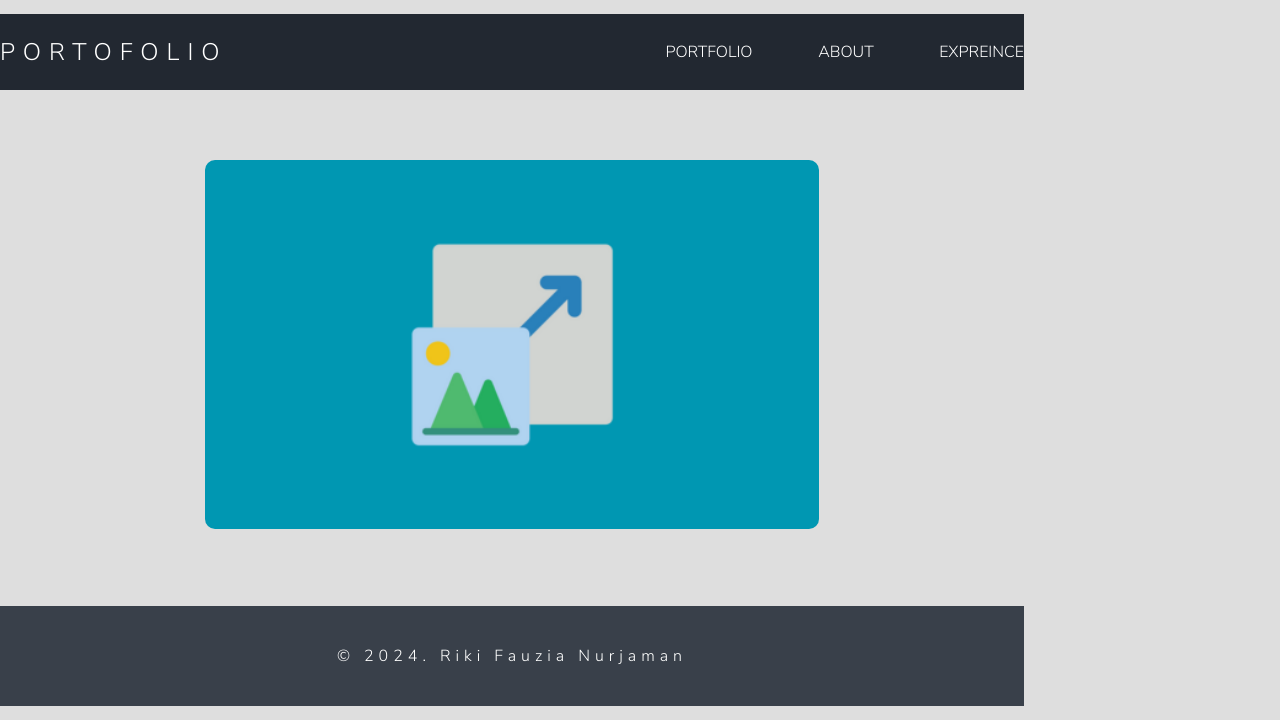
Repository: sellayspy/Portofolio
Page: /portfolio/1
The author's editor kept a copy of each file at every save. The page is drawn from the files as they stood at one save, then again after the next save.
The browser window is 1280 px wide. The pictures show the whole page.
The project was rebuilt for these pictures with package versions that can differ from the ones it lists, and the page was loaded fresh each time. Also part of the build but not shown: vite.config.js, src/styles/About.css, src/components/About.jsx, src/styles/Header.css, src/components/Header.jsx, src/styles/Portfolio.css, src/components/Portfolio.jsx, src/pages/Home.jsx.

Above is the page before, as saved 2024-09-13 21:52:51.

After the next save:
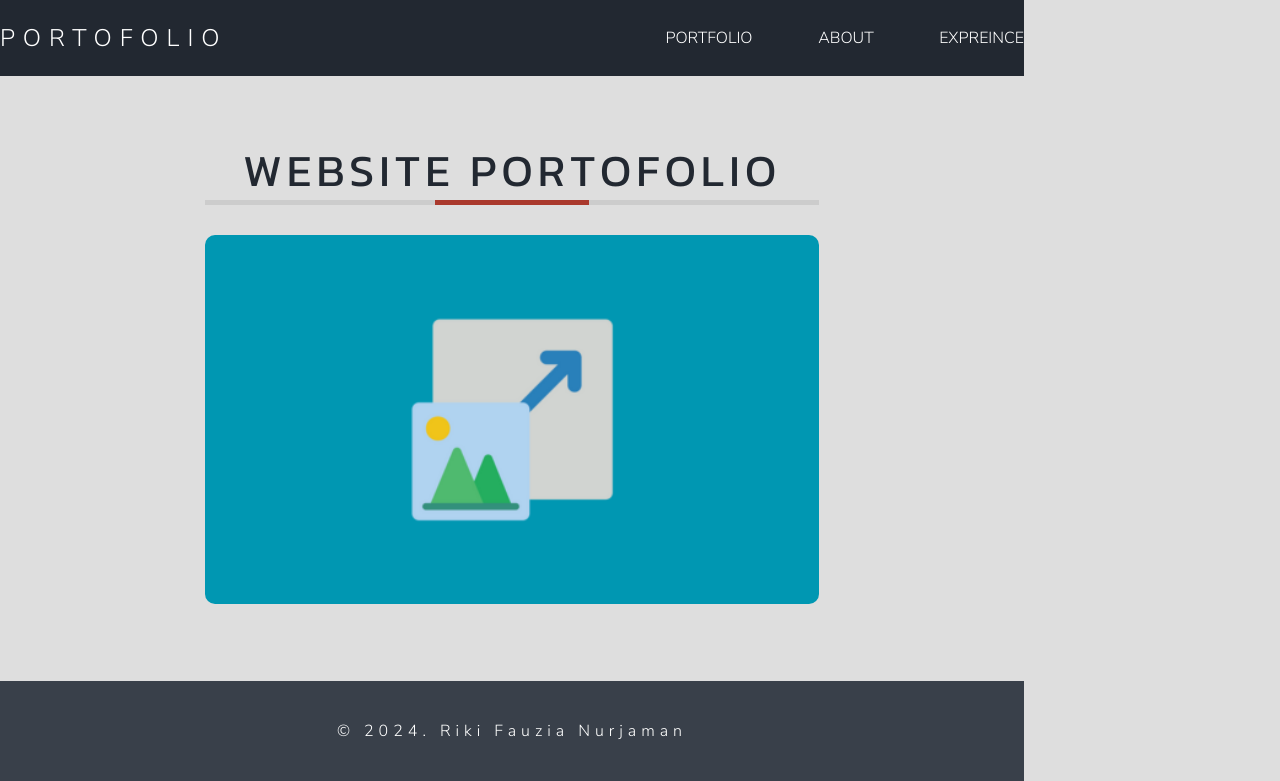
Saved 23 s later.
--- a/src/pages/DetailPortfolio.jsx
+++ b/src/pages/DetailPortfolio.jsx
@@ -12,6 +12,7 @@ const DetailPortfolio = () => {
       <Navbar />
       <section id="detail-portfolio">
         <div className="wrapper">
+          <h1>{data.title}</h1>
           <img src={data.image} />
         </div>
       </section>
